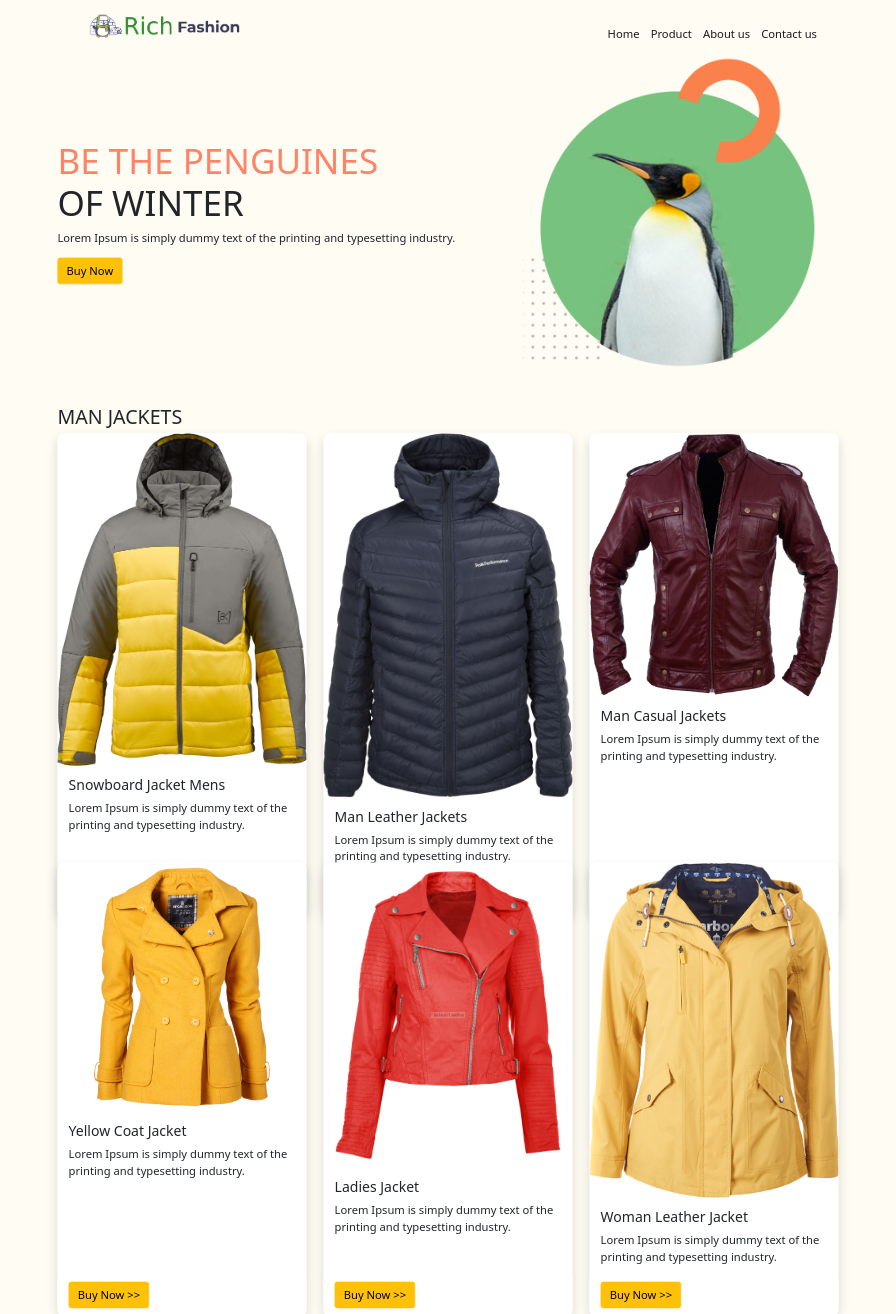
Repository: sabbircse3/fashion
Page: index.html
These files come from the project's save history. The page is drawn as it stood at one moment and after the next save; the edit follows.
The browser window is 1280 px wide. The pictures show the whole page, at 70% of full size.

Above is the page before, as saved 2021-01-14 02:39:13.

### index.html
<!DOCTYPE html>
<html lang="en">
<head>
    <meta charset="UTF-8">
    <meta name="viewport" content="width=device-width, initial-scale=1.0">
    <title>Rich Fashion</title>

    <link rel="stylesheet" href="css/bootstrap.min.css">
    <style>
        .bg{
            background-color: #fffbf0be;
        }
        #hmenu{
            margin: 20px 0px 0px 500px;
        }
        .half-width{
            width: 35%;
            float: left;
            margin-left: 9%;
            padding-left: 2%;
        }
        .half-width h1{
            margin-top: 150px;
        }
        .half-width img{
            width: 100%;
        }
        section{
            height: 550px;
        }
        h1{
            font-size: 50px;
        }
        h2{
            font-size: 40px;
        }
        .name-highlight{
            color: #FF8367;
        }
        .cat1, .cat2, .cat3{
    padding: 10px 30px;
    border-radius: 10px;
}
.cat1{
    background-color: orange;
}
.cat2{
    background-color: orchid;
}
.cat3{
    background-color: blue;
}
.categories h1{
    color: white;
}
.categories img{
    width: 100px;
}
.card{
    border: none;
    border-radius: 10px;
    box-shadow: 5px 5px 10px rgb(124, 82, 82);
}
.card-footer{
    background-color: white;
    border-top: none;
}


    </style>
</head>
<body class="bg">
    <header class="container">

        <nav class="navbar navbar-expand-lg navbar-light ">
            <div class="container-fluid">

              <a class="navbar-brand" href="#"><img src="images/Group 33072.png" alt="" width="250px"></a>

              <button class="navbar-toggler" type="button" data-bs-toggle="collapse" data-bs-target="#navbarNavAltMarkup" aria-controls="navbarNavAltMarkup" aria-expanded="false" aria-label="Toggle navigation">
                <span class="navbar-toggler-icon"></span>
              </button>

              <div class="collapse navbar-collapse hmenu"navbarNavAltMarkup">

                <div  class="navbar-nav" id="hmenu" >
                  <a class="nav-link active" aria-current="page" href="#">Home</a>
                  <a class="nav-link active" href="#">Product</a>
                  <a class="nav-link active" href="#">About us</a>
                  <a class="nav-link active" href="#" tabindex="-1" aria-disabled="true">Contact us</a>
                </div>
              </div>
            </div>
          </nav>
    </header>


    <div class="container">
        <div id="carouselExampleControls" class="carousel slide orange-bg" data-ride="carousel">
            <div class="carousel-inner">
              <div class="carousel-item active">
                <div class="row align-items-center">
                    <div class="col-md-7">
                        <h1><span class="name-highlight">BE THE PENGUINES <br></span>OF WINTER</h1>
                        <p>Lorem Ipsum is simply dummy text of the printing and typesetting industry.</p>
                        <button class="btn btn-warning">Buy Now</button>
                    </div>
                    <div class="col-md-5">
                        <img src="images/penguin.png" class="d-block w-100" alt="...">
                    </div>
                </div>



            </div>

          </div>
    </div>

    <section class="mt-5">
        <h3>MAN JACKETS</h3>
        <div class="row row-cols-1 row-cols-md-3 g-4">
            <div class="col">
                <div class="card h-100 shadow">
                    <img src="images/image 11.png" class="card-img-top" alt="...">
                    <div class="card-body">
                        <h5 class="card-title">Snowboard Jacket Mens</h5>
                        <p class="card-text">Lorem Ipsum is simply dummy text of the printing and typesetting industry.</p>
                    </div>
                    <div class="card-footer">
                        <button class="btn btn-warning">Buy Now >></button>
                    </div>
                </div>
            </div>
            <div class="col">
                <div class="card h-100 shadow">
                    <img src="images/toppng 1.png" class="card-img-top" alt="...">
                    <div class="card-body">
                        <h5 class="card-title">Man Leather Jackets</h5>
                        <p class="card-text">Lorem Ipsum is simply dummy text of the printing and typesetting industry.</p>
                    </div>
                    <div class="card-footer">
                        <button class="btn btn-warning">Buy Now >></button>
                    </div>
                </div>
            </div>
            <div class="col">
                <div class="card h-100 shadow">
                    <img src="images/vippng 1.png" class="card-img-top" alt="...">
                    <div class="card-body">
                        <h5 class="card-title">Man Casual Jackets</h5>
                        <p class="card-text">Lorem Ipsum is simply dummy text of the printing and typesetting industry.</p>
                    </div>
                    <div class="card-footer">
                        <button class="btn btn-warning">Buy Now >></button>
                    </div>
                </div>
            </div>
        </div>
    </section>

    <section class="mt-5">
        <h2>WOMAN JACKETS</h2>
        <div class="row row-cols-1 row-cols-md-3 g-4">
            <div class="col">
                <div class="card h-100 shadow">
                    <img src="images/SeekPng 1.png" class="card-img-top" alt="...">
                    <div class="card-body">
                        <h5 class="card-title">Yellow Coat Jacket</h5>
                        <p class="card-text">Lorem Ipsum is simply dummy text of the printing and typesetting industry.</p>
                    </div>
                    <div class="card-footer">
                        <button class="btn btn-warning">Buy Now >></button>
                    </div>
                </div>
            </div>
            <div class="col">
                <div class="card h-100 shadow">
                    <img src="images/image 15.png" class="card-img-top" alt="...">
                    <div class="card-body">
                        <h5 class="card-title">Ladies Jacket</h5>
                        <p class="card-text">Lorem Ipsum is simply dummy text of the printing and typesetting industry.</p>
                    </div>
                    <div class="card-footer">
                        <button class="btn btn-warning">Buy Now >></button>
                    </div>
                </div>
            </div>
            <div class="col">
                <div class="card h-100 shadow">
                    <img src="images/PngItem_2597366 1.png" class="card-img-top" alt="...">
                    <div class="card-body">
                        <h5 class="card-title">Woman Leather Jacket</h5>
                        <p class="card-text">Lorem Ipsum is simply dummy text of the printing and typesetting industry.</p>
                    </div>
                    <div class="card-footer">
                        <button class="btn btn-warning">Buy Now >></button>
                    </div>
                </div>
            </div>
        </div>
    </section>


    <script src="js/bootstrap.min.js"></script>
</body>
</html>

Loaded but not shown: css/bootstrap.min.css (library); js/bootstrap.min.js (library)

After the next save:
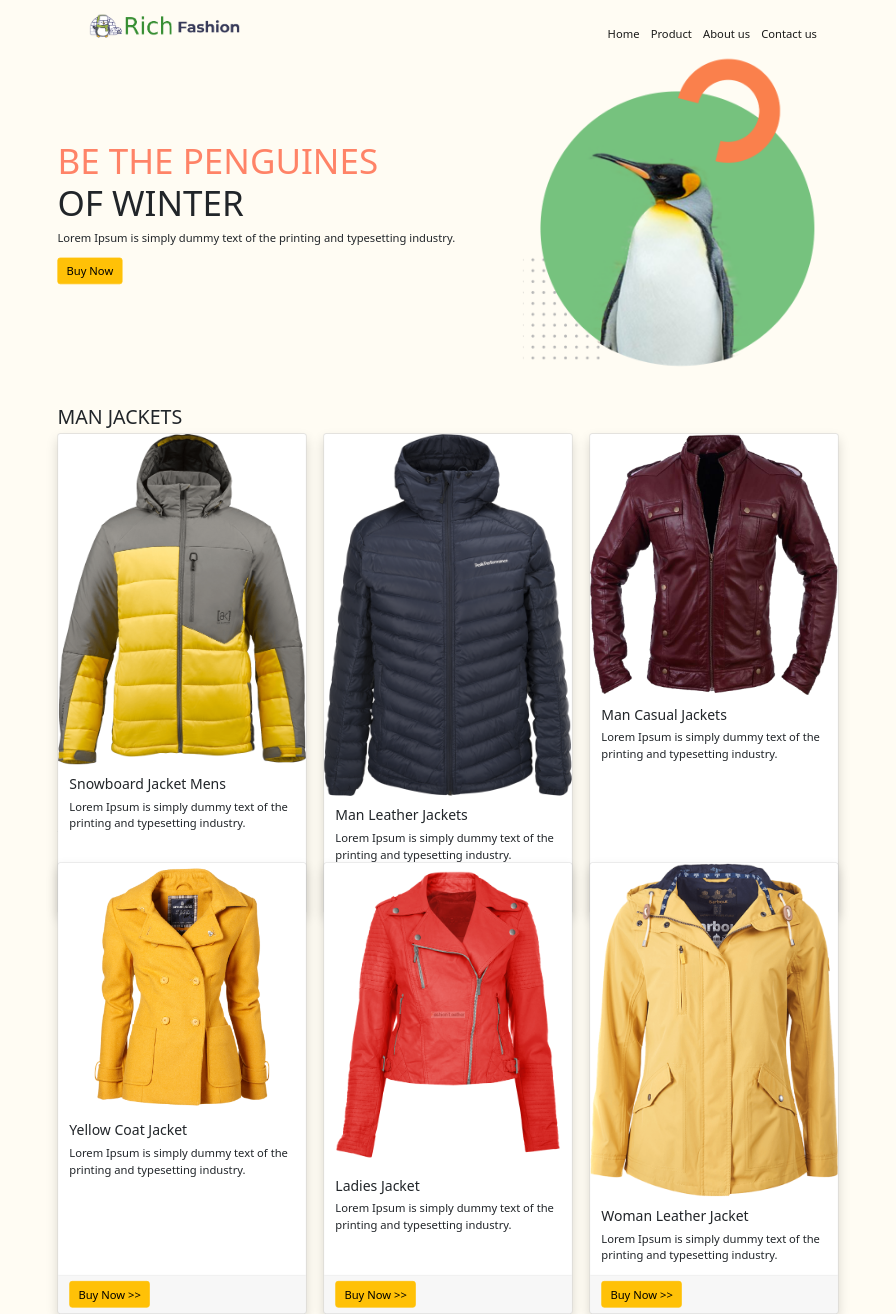
Saved 3 min 52 s later.
--- a/index.html
+++ b/index.html
@@ -37,34 +37,6 @@
         .name-highlight{
             color: #FF8367;
         }
-        .cat1, .cat2, .cat3{
-    padding: 10px 30px;
-    border-radius: 10px;
-}
-.cat1{
-    background-color: orange;
-}
-.cat2{
-    background-color: orchid;
-}
-.cat3{
-    background-color: blue;
-}
-.categories h1{
-    color: white;
-}
-.categories img{
-    width: 100px;
-}
-.card{
-    border: none;
-    border-radius: 10px;
-    box-shadow: 5px 5px 10px rgb(124, 82, 82);
-}
-.card-footer{
-    background-color: white;
-    border-top: none;
-}
 
 
     </style>
